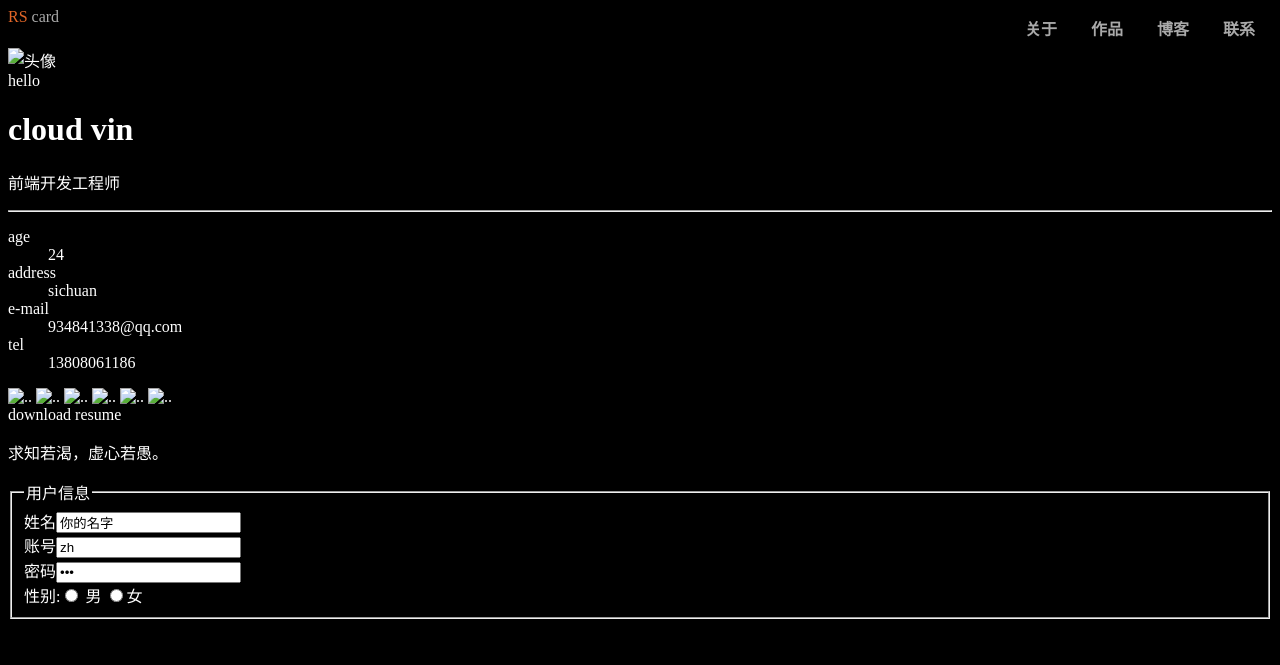
Repository: CloudVin/MyResume
Page: resume.html
An editor plug-in stored every save of this project. The page is shown before and after the next save, followed by the edit.
The browser window is 1280 px wide. The pictures show the whole page.

Above is the page before, as saved 2020-07-04 00:41:18.

### resume.html
<!DOCTYPE html>
<html lang="en">

<head>
    <meta charset="UTF-8">
    <meta name="viewport" content="width=device-width, initial-scale=1.0">
    <title>my resume</title>
    <link rel="stylesheet" href="./a.css">
    <script>
        function uncheck() {
            var radio = document.getElementById("nan");
            if (radio.tag == 1) {
                radio.checked = false;
                radio.tag = 0;
            } else {
                radio.checked = true;
                radio.tag = 1;
            }
        }
    </script>
</head>

<body>
    <div class="topnavbar clearfix">
        <a class="logo" href="#" alt="logo" style="float:left;">
            <span class="rs">RS</span>
            <span class="card">card</span>
        </a>

        <nav style="float: right;">

                <ul class="clearfix">
                    <li><a href="#">关于</a>
                    </li>
                    <li><a href="#">作品</a>
                    </li>
                    <li><a href="#">博客</a>
                    </li>
                    <li><a href="#">联系</a>
                    </li>
                </ul>

        </nav>
    </div>
    <div class="banner" style="background-image: url(#);">

    </div>
    <main>
        <div class="card">
            <div class="picture">
                <img src="#" alt="头像">
            </div>
            <div class="text">
                <div class="profile">
                    <span class="welcome">hello</span>
                    <h1>cloud vin</h1>
                    <p>前端开发工程师</p>
                    <hr>
                    <dl>
                        <dt>age</dt>
                        <dd>24</dd>
                        <dt>address</dt>
                        <dd>sichuan</dd>
                        <dt>e-mail</dt>
                        <dd>934841338@qq.com</dd>
                        <dt>tel</dt>
                        <dd>13808061186</dd>
                    </dl>
                </div>
                <footer class="media">
                    <a href="#"><img src="#" alt=".." /></a>
                    <a href="#"><img src="#" alt=".." /></a>
                    <a href="#"><img src="#" alt=".." /></a>
                    <a href="#"><img src="#" alt=".." /></a>
                    <a href="#"><img src="#" alt=".." /></a>
                    <a href="#"><img src="#" alt=".." /></a>
                </footer>

            </div>
        </div>
        <a class="button" href="#">download resume</a>
        <p>
            求知若渴，虚心若愚。
        </p>
    </main>
    <form>

        <fieldset>
            <legend>用户信息</legend>
            姓名<input type="text" value="你的名字"><br>
            账号<input value="zh"><br>
            密码<input type="password" value="pwd"><br>
            性别:<input type="radio" id="nan" name="radio" value="male" onclick="uncheck()">
            <lable for="nan">男</lable>
            <input type="radio" id="nv" name="radio" value="female" onclick="uncheck()"><label for="nv">女</label>
        </fieldset>
    </form>

</body>

</html>

### a.css
.clearfix::after{
    content: "";
    display: block;
    clear: both;
}
body{
    background-color: black;
    color: white;
}
a{
    text-decoration: none;
    color: inherit;
}
.topnavbar>nav>ul{
    list-style: none;
    margin: 0;
    padding: 0;
}
.topnavbar>nav>ul>li{
    float: left;
    margin-left: 17px;
    margin-right: 17px;
}
.topnavbar>nav>ul>li>a{
    font-size : 16px;
    color: darkgray;
    text-decoration: none;
    font-weight: bold;
    border-top: 3px solid transparent;
    border-bottom: 3px solid transparent;
    padding-top: 5px;
    padding-bottom: 5px;
    display: block;
}
.topnavbar>nav>ul>li>a:hover{
    border-bottom:3px solid #e06527;
}
.topnavbar
.topnavbar .logo{

    font-family: "Cooper Black";
    font-size: 26px;
    padding-top: 3px;
    padding-bottom: 4px;
}
.topnavbar .logo .rs{

    color: #e06527;
}
.topnavbar .logo .card{
    color: darkgrey;
}

After the next save:
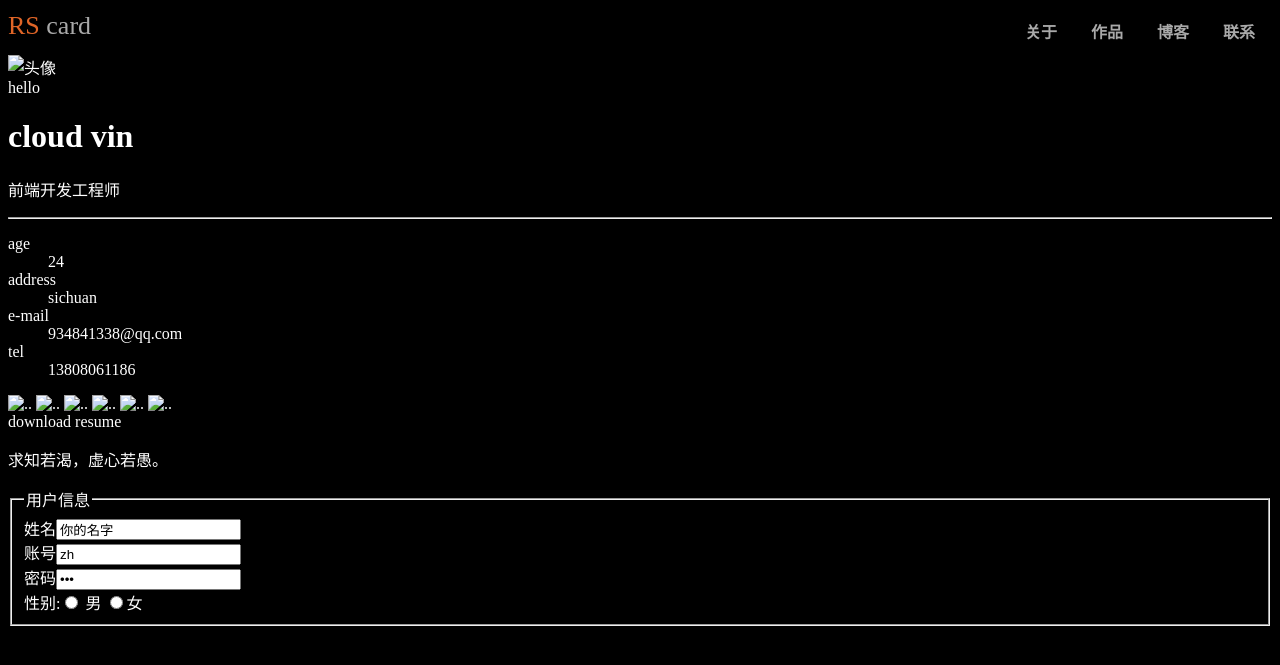
Saved 25 s later.
--- a/a.css
+++ b/a.css
@@ -35,7 +35,10 @@
 .topnavbar>nav>ul>li>a:hover{
     border-bottom:3px solid #e06527;
 }
-.topnavbar
+.topnavbar nav{
+    padding-top: 3px;
+    padding-bottom: 4px;
+}
 .topnavbar .logo{
 
     font-family: "Cooper Black";
